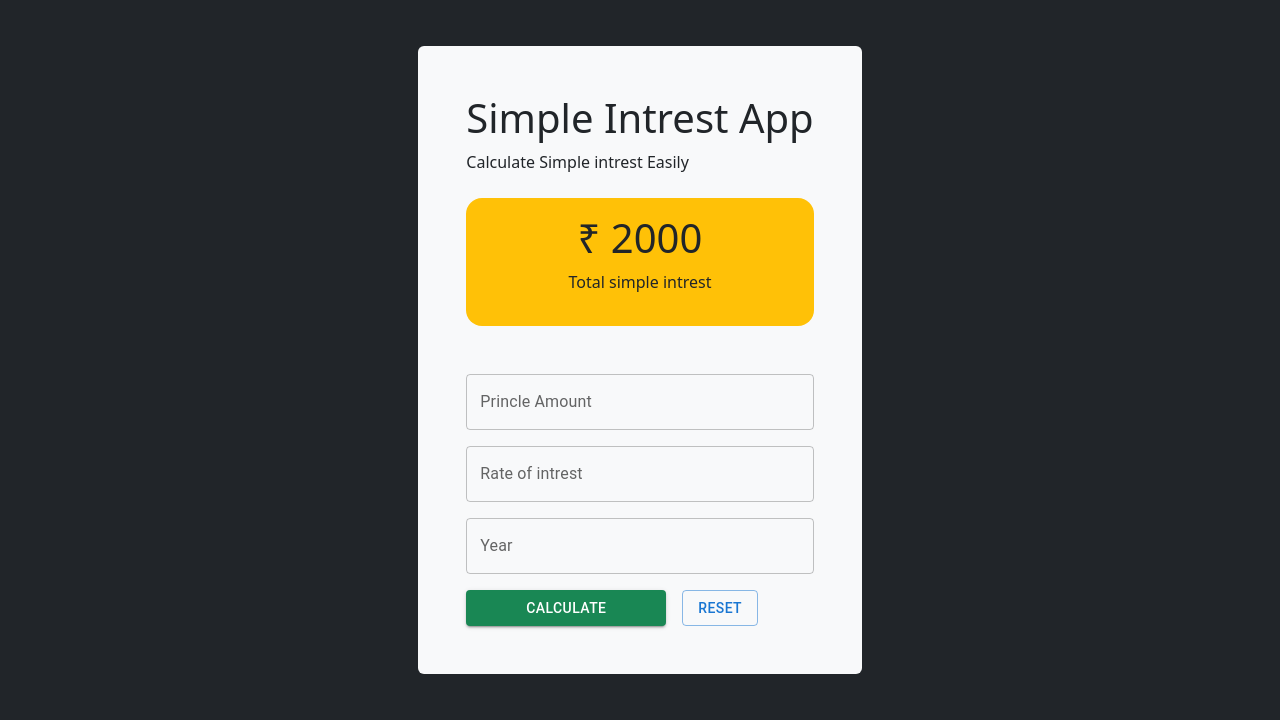
Repository: Afraz13/simple-intrest
Page: /
An editor plug-in stored every save of this project. The page is shown before and after a run of saves, followed by the edit.
The browser window is 1280 px wide. The pictures show the whole page.
The project was rebuilt for these pictures with package versions that can differ from the ones it lists, and the page was loaded fresh each time. Also part of the build but not shown: src/index.css, src/App.css.

Above is the page before, as saved 2024-07-15 20:51:41.

### public/index.html
<!DOCTYPE html>
<html lang="en">
  <head>
    <meta charset="utf-8" />

    <meta name="viewport" content="width=device-width, initial-scale=1" />
    <link href="https://cdn.jsdelivr.net/npm/bootstrap@5.3.3/dist/css/bootstrap.min.css" rel="stylesheet" integrity="sha384-QWTKZyjpPEjISv5WaRU9OFeRpok6YctnYmDr5pNlyT2bRjXh0JMhjY6hW+ALEwIH" crossorigin="anonymous">

    <title>Simple Intrest</title>
  </head>
  <body>

    <div id="root"></div>

  </body>
</html>

### src/App.js

import './App.css';
import { TextField } from '@mui/material';
import Stack from '@mui/material/Stack';
import { Button } from '@mui/material';


function App() {
  return (
    <div style={{height:'100vh'}} className='d-flex justify-content-center align-items-center w-100 bg-dark'>
    <div className='bg-light p-5 rounded'>
    <h1>Simple Intrest App</h1>
    <p>Calculate Simple intrest Easily</p>
    <div className='bg-warning d-flex justify-content-center align-items-center p-3 flex-column rounded-4 mt-4 '>
      <h1>₹ 2000</h1>
      <p>Total simple intrest</p>
    </div>
    <form action="" className='mt-5'>
     <div className='mb-3'>
     <TextField className='w-100' id="outlined-basic" label="Princle Amount" variant="outlined" />
     </div>
     <div className='mb-3'>
     <TextField className='w-100' id="outlined-basic" label="Rate of intrest" variant="outlined" />
     </div>
     <div className='mb-3'>
     <TextField className='w-100' id="outlined-basic" label="Year" variant="outlined" />
     </div>
     <Stack direction="row" spacing={2}>
     <Button className='bg-success' style={{width:'200px'}} variant="contained">Calculate</Button>
     <Button variant="outlined">Reset</Button>
</Stack>
    </form>
    </div>
    </div>
  );
}

export default App;

Loaded but not shown: src/index.js (common file)

After the next 3 saves:
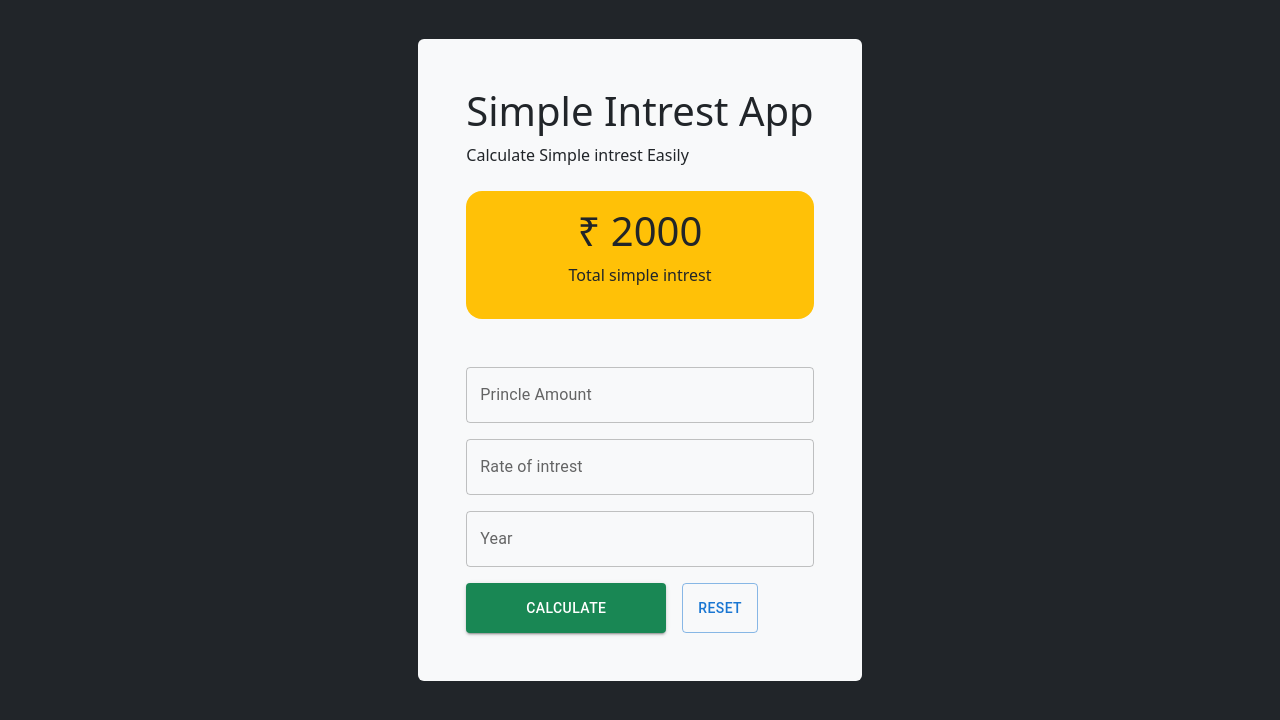
The 3 saves are shown as one change because 1 did not build or start and some came seconds apart.
The last was saved 31 s later.
--- a/src/App.js
+++ b/src/App.js
@@ -26,7 +26,7 @@ function App() {
      <TextField className='w-100' id="outlined-basic" label="Year" variant="outlined" />
      </div>
      <Stack direction="row" spacing={2}>
-     <Button className='bg-success' style={{width:'200px'}} variant="contained">Calculate</Button>
+     <Button className='bg-success' style={{width:'200px',height:'50px'}} variant="contained">Calculate</Button>
      <Button variant="outlined">Reset</Button>
 </Stack>
     </form>
